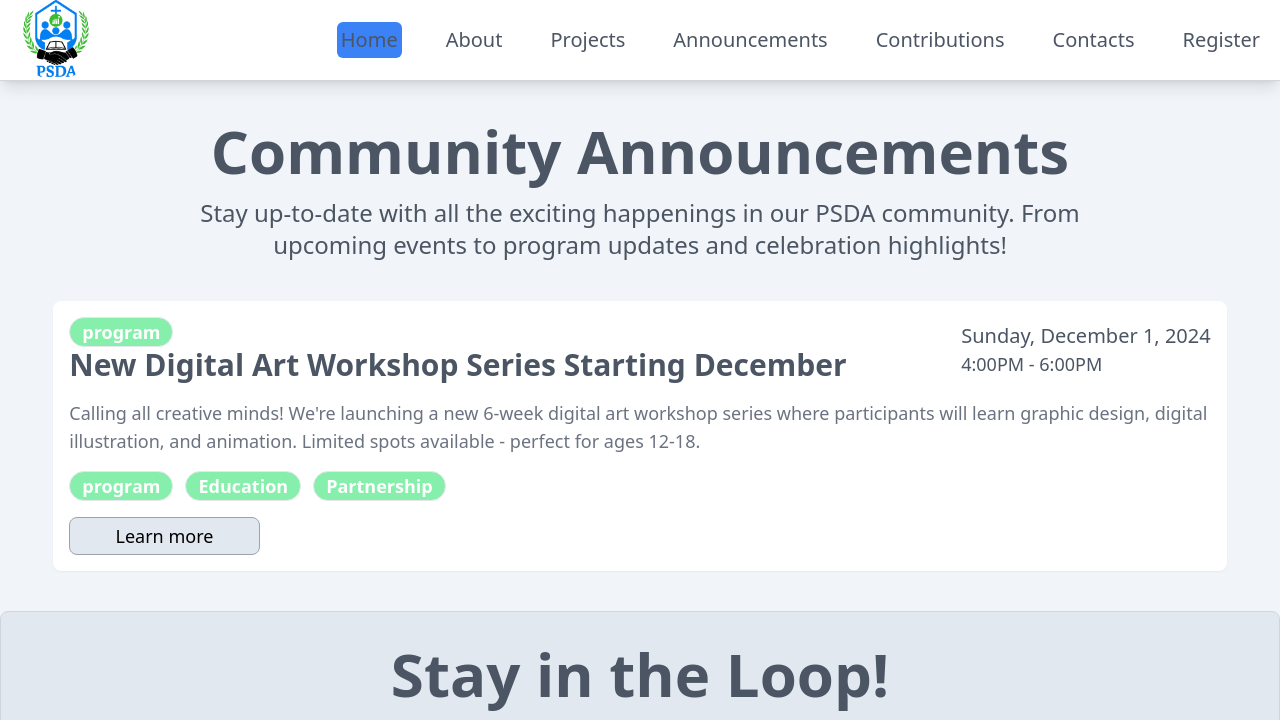
Repository: Zedestar/psda
Page: /announcements
The author's editor kept a copy of each file at every save. The page is drawn from the files as they stood at one save, then again after the next save.
The browser window is 1280 px wide. The pictures show the whole page.
An inner scrolling area shows only its first screen. The project was rebuilt for these pictures with package versions that can differ from the ones it lists, and the page was loaded fresh each time. Also part of the build but not shown: src/components/cards/primary-card.jsx, src/components/cards/two-lines-card.jsx, src/components/homepic/index.jsx, src/pages/home/what-we-do.js, src/pages/home/home.jsx, src/components/cards/leaders-card.jsx, src/components/cards/secondary-card.jsx, src/pages/about/about-us-data.js and 13 more.

Above is the page before, as saved 2025-07-21 19:29:06.

### public/index.html
<!DOCTYPE html>
<html lang="en">
  <head>
    <meta charset="utf-8" />
    <link rel="icon" href="%PUBLIC_URL%/favicon.ico" />
    <meta name="viewport" content="width=device-width, initial-scale=1" />
    <meta name="theme-color" content="#000000" />
    <meta
      name="description"
      content="Web site created using create-react-app"
    />
    <!-- <link rel="apple-touch-icon" href="%PUBLIC_URL%/psdaImage.png" /> -->
    <!-- <link rel="manifest" href="%PUBLIC_URL%/manifest.json" /> -->

    <title>psda</title>
  </head>
  <body>
    <noscript>You need to enable JavaScript to run this app.</noscript>
    <div id="root"></div>

  </body>
</html>

### src/index.js
import React from "react";
import ReactDOM from "react-dom/client";
import App from "./App";
import "./index.css";
import { BrowserRouter } from "react-router-dom";

const root = ReactDOM.createRoot(document.getElementById("root"));
root.render(
  <BrowserRouter>
    <React.StrictMode>
      <App />
    </React.StrictMode>
  </BrowserRouter>
);

### src/App.js
import { Route, Routes } from "react-router-dom";
import Header from "./components/header/header";
import Home from "./pages/home/home";
import AboutPage from "./pages/about/about";
import Projects from "./pages/projects/projects";
import Announcements from "./pages/announcements/announcements";
import Contributions from "./pages/contirbutions/contributions";
import Contacts from "./pages/contacts/contacts";
import Register from "./pages/register/register.jsx";

function App() {
  return (
    <div className="flex flex-col items-center flex-center h-screen  bg-slate-100">
      <Header />
      <Routes>
        <Route path="/" element={<Home />} />
        <Route path="/about" element={<AboutPage />} />
        <Route path="/projects" element={<Projects />} />
        <Route path="/announcements" element={<Announcements />} />
        <Route path="/contributions" element={<Contributions />} />
        <Route path="/contact" element={<Contacts />} />
        <Route path="/register" element={<Register />} />
      </Routes>
    </div>
  );
}

export default App;

### src/components/header/header.jsx
import { useState } from "react";
import headerData from "./header-data";
import HeaderItem from "./header-item";
import psdaImage from "../../assets/images/psdaImage.png";

function Header() {
  const [active, setActive] = useState(1);
  return (
    <div className="w-full flex justify-center shadow-lg bg-white">
      <header className="w-full flex items-center justify-between px-4  border-b border-b-gray-300 max-w-screen-2xl">
        <div className="text-3xl rounded-full overflow-hidden">
          <img className="h-20 w-20" src={psdaImage} alt="" />
        </div>{" "}
        <ul className="hidden lg:flex justify-center py-5 space-x-10 flex-center">
          {headerData.map((item) => (
            <HeaderItem
              key={item.id}
              item={item}
              active={active}
              setActive={setActive}
            />
          ))}
        </ul>
        <ul className="lg:hidden">
          <li>miaaa</li>
          <li>miaaa</li>
          <li>miaaa</li>
          <li>miaaa</li>
          <li>miaaa</li>
        </ul>
      </header>
    </div>
  );
}

export default Header;

### src/pages/announcements/announcements.jsx
import Container from "../../components/container";
import MinContainer from "../../components/min-container/min-container.jsx";
import MinContianerInsideContent from "../../components/min-container/min-container-inside-content.jsx";
import announcements_face_card_data from "./announcemntes.-face-card-data.js";
import stay_updated_content_data from "./stay-updated-content-data.js";
import FaceCard from "../../components/cards/face-card";
import FullRoundedButton from "../../components/button/full-rounded-button.jsx";
import AnnouncementCard from "../../components/cards/announcement-card.jsx";

function Announcements() {
  return (
    <Container>
      {announcements_face_card_data.map((item) => (
        <FaceCard item={item} />
      ))}
      <AnnouncementCard />
      <MinContainer>
        {stay_updated_content_data.map((item) => (
          <FaceCard item={item} />
        ))}
        <MinContianerInsideContent>
          <form className="flex">
            <input
              className="rounded-full border-2 border-gray-400 text-xl flex items-center justify-center active:border-blue-400 "
              placeholder="Enter your email"
            />
            <FullRoundedButton text={"Subscribe"} />
          </form>
        </MinContianerInsideContent>
      </MinContainer>
    </Container>
  );
}

export default Announcements;

### src/components/header/header-data.js
const headerData = [
  {
    id: 1,
    content: "Home",
    link: "/",
  },
  {
    id: 2,
    content: "About",
    link: "/about",
  },
  {
    id: 3,
    content: "Projects",
    link: "/projects",
  },
  {
    id: 4,
    content: "Announcements",
    link: "/announcements",
  },
  {
    id: 5,
    content: "Contributions",
    link: "/contributions",
  },
  {
    id: 6,
    content: "Contacts",
    link: "/contact",
  },
  {
    id: 7,
    content: "Register",
    link: "/register",
  },
];

export default headerData;

### src/components/header/header-item.jsx
import { Link } from "react-router-dom";

function HeaderItem({ item, active, setActive }) {
  console.log(active);
  return (
    <li
      className={`p-1 rounded-md text-xl text-gray-600 font-gray-100 hover:bg-gray-200 transition cursor-pointer ${
        item.id === active ? "bg-blue-500" : ""
      }`}
      onClick={() => setActive(item.id)}
    >
      <Link to={item.link}>{item.content}</Link>
    </li>
  );
}

export default HeaderItem;

### src/pages/home/psda-highlights.js
import {
  FaUsers,
  FaPalette,
  FaLaptopCode,
  //   GiProgression,
  FaChild,
} from "react-icons/fa";

const psdaHighlights = [
  {
    id: 1,
    title: "Community Building",
    content:
      "We connect young people to form lasting friendships and supportive peer networks that strengthen communities.",
    icon: <FaUsers className="text-4xl text-blue-400" />,
    color: "bg-blue-50",
    text_color: "text-gray-500",
  },
  {
    id: 2,
    title: "Creative Projects",
    content:
      "Our programs encourage hands-on learning through art, technology, and community improvement initiatives.",
    icon: <FaPalette className="text-4xl text-blue-400" />,
    color: "bg-blue-50",
    text_color: "text-gray-500",
  },
  {
    id: 3,
    title: "Character Development",
    content:
      "We help children build confidence, leadership skills, and positive values that prepare them for life’s challenges.",
    icon: <FaLaptopCode className="text-4xl text-blue-400" />,
    color: "bg-blue-50",
    text_color: "text-gray-500",
  },
  {
    id: 4,
    title: "Achievement Recognition",
    content:
      "We celebrate every milestone and accomplishment to inspire pride, motivation, and continued growth.",
    icon: <FaChild className="text-4xl text-blue-400" />,
    color: "bg-blue-50",
    text_color: "text-gray-500",
  },
];

export default psdaHighlights;

### src/components/button/full-rounded-button.jsx
function FullRoundedButton({ text, bgColor, textColor, onClick }) {
  return (
    <button
      className={`${bgColor} p-4 mx-4 ${textColor} text-2xl border border-gray-50 rounded-full hover:scale-105 transition duration:300`}
      onClick={onClick}
    >
      {text}{" "}
    </button>
  );
}

export default FullRoundedButton;

### src/components/cards/face-card.jsx
function FaceCard({ item }) {
  return (
    <div className="space-y-4 flex flex-col items-center justify-center">
      <p className="text-6xl w-[80%] font-bold text-gray-600 text-center">
        {item.title}
      </p>
      <p className="text-2xl w-[70%] text-center text-gray-600">
        {item.description}
      </p>
    </div>
  );
}

export default FaceCard;

### src/components/container/index.jsx
function Container({ children }) {
  return (
    <div className="w-full h-full flex justify-center overflow-x-scroll">
      <div className="w-full h-full py-10 space-y-10 max-w-screen-2xl flex flex-col items-center">
        {children}
      </div>
    </div>
  );
}

export default Container;

### src/pages/about/core-objective-goals-data.js
import {
  AiOutlineTeam,
  AiOutlineBulb,
  AiOutlineTool,
  AiOutlineStar,
  AiOutlineGift,
} from "react-icons/ai";

const core_objectives_data = [
  {
    id: 1,
    title: "Fellowship and Networking",
    content:
      "To foster strong, lasting relationships among pastors' children by encouraging unity, love, and mutual support within the community.",
    icon: <AiOutlineTeam className="text-4xl text-teal-500" />,
    color: "bg-teal-50",
    text_color: "text-teal-500",
  },
  {
    id: 2,
    title: "Opportunity Awareness",
    content:
      "To actively seek out and share opportunities for growth, development, and advancement—both spiritually and economically.",
    icon: <AiOutlineBulb className="text-4xl text-purple-500" />,
    color: "bg-purple-50",
    text_color: "text-purple-500",
  },
  {
    id: 3,
    title: "Problem Solving",
    content:
      "To openly discuss and confront common challenges we face as a community, and work hand in hand to find sustainable solutions.",
    icon: <AiOutlineTool className="text-4xl text-yellow-500" />,
    color: "bg-yellow-50",
    text_color: "text-yellow-500",
  },
  {
    id: 4,
    title: "Talent Discovery & Development",
    content:
      "To identify, nurture, and empower the God-given talents within us, enabling every member to reach their full potential.",
    icon: <AiOutlineStar className="text-4xl text-pink-500" />,
    color: "bg-pink-50",
    text_color: "text-pink-500",
  },
  {
    id: 5,
    title: "Support for Our Parents",
    content:
      "To express gratitude and honor our pastoral parents by supporting them in practical ways—spiritually, emotionally, and materially.",
    icon: <AiOutlineGift className="text-4xl text-red-500" />,
    color: "bg-red-50",
    text_color: "text-red-500",
  },
];

export default core_objectives_data;

### src/pages/about/mission-vission-impact.js
import { AiOutlineAim, AiOutlineEye, AiOutlineHeart } from "react-icons/ai";

const mission_vission_impact_data = [
  {
    id: 1,
    title: "Our mission",
    content:
      "We envision a generation of spiritually grounded, socially responsible, and purpose-driven leaders from pastoral families who carry forward a legacy of faith, compassion, and community influence.",

    icon: <AiOutlineAim className="text-4xl text-green-500" />,
    color: "bg-green-50",
    text_color: "text-green-500",
  },
  {
    id: 2,
    title: "Our vision",
    content:
      "We exist to empower pastors’ children through mentorship, discipleship, skill-building, and fellowship—equipping them to thrive in every area of life and fulfill their divine calling.",
    icon: <AiOutlineEye className="text-4xl text-blue-500" />,
    color: "bg-blue-50",
    text_color: "text-blue-500",
  },
  {
    id: 3,
    title: "Our impact",
    content:
      "Through impactful programs and community-building initiatives, P.S.D.A. is restoring identity, building leadership, and inspiring pastors’ children to walk boldly in purpose while honoring their heritage.",
    icon: <AiOutlineHeart className="text-4xl text-orange-400" />,
    color: "bg-orange-50",
    text_color: "text-orange-500",
  },
];

export default mission_vission_impact_data;

### src/components/min-container/min-container.jsx
function MinContaier({ children }) {
  return (
    <div className="bg-slate-200 py-8 rounded-lg space-y-4 hover:shadow-xl border border-gray-300 transition">
      {children}
    </div>
  );
}

export default MinContaier;

### src/components/min-container/min-container-inside-content.jsx
function MinContianerInsideContent({ children }) {
  return (
    <div className="flex items-center justify-center my-2">{children}</div>
  );
}

export default MinContianerInsideContent;

### src/pages/announcements/announcemntes.-face-card-data.js
const announcements_face_card_data = [
  {
    title: "Community Announcements",
    description:
      "Stay up-to-date with all the exciting happenings in our PSDA community. From upcoming events to program updates and celebration highlights!",
  },
];

export default announcements_face_card_data;

### src/pages/announcements/stay-updated-content-data.js
const stay_updated_content_data = [
  {
    title: "Stay in the Loop!",
    description:
      "Never miss an important announcement. Subscribe to our newsletter for weekly updates and exclusive community insights delivered right to your inbox.",
  },
];

export default stay_updated_content_data;

### src/components/cards/announcement-card.jsx
function AnnouncementCard() {
  const instensity = [100, 200, 50, 500, 300, 400, 600, 700, 800, 900];
  const colors = ["rose", "green", "blue", "orange", "violent"];
  return (
    <div className="flex flex-col bg-white mx-4 p-4 rounded-lg shadow-sm hover:shadow-lg hover:scale-105 transition w-11/12 space-y-4">
      <div className="flex items-center justify-between space-x-2  ">
        <div>
          <p className="bg-green-300 text-lg font-semibold border border-gray-200 px-3 w-fit flex items-center justify-center rounded-full text-white">
            program
          </p>
          <p className="text-3xl font-bold text-gray-600">
            New Digital Art Workshop Series Starting December
          </p>
        </div>
        <div>
          <p className="text-xl text-gray-600">Sunday, December 1, 2024</p>
          <p className="text-lg text-gray-600">4:00PM - 6:00PM</p>
        </div>
      </div>
      <div>
        <p className="text-lg text-gray-500">
          Calling all creative minds! We're launching a new 6-week digital art
          workshop series where participants will learn graphic design, digital
          illustration, and animation. Limited spots available - perfect for
          ages 12-18.
        </p>
      </div>
      <div className="flex space-x-3">
        <p className="bg-green-300 text-lg font-semibold border border-gray-200 px-3  flex items-center justify-center rounded-full text-white">
          program
        </p>
        <p className="bg-green-300 text-lg font-semibold border border-gray-200 px-3 flex items-center justify-center rounded-full text-white">
          Education
        </p>
        <p className="bg-green-300 text-lg font-semibold border border-gray-200 px-3 flex items-center justify-center rounded-full text-white">
          Partnership
        </p>
      </div>
      <button className="w-2/12 py-1 rounded-lg text-lg bg-slate-200 hover:bg-blue-400 transition border border-gray-400">
        Learn more{" "}
      </button>
    </div>
  );
}

export default AnnouncementCard;

### tailwind.config.js
/** @type {import('tailwindcss').Config} */
module.exports = {
  content: ["./src/**/*.{js,jsx,ts,tsx}"],
  theme: {
    extend: {
      colors: {
        psdaGreen: "#1A8F57",
      },
    },
  },
  plugins: [],
};

Loaded but not shown: src/index.css (common file); src/components/homepic/index.css (no stored copy; drawn as an empty file)

After the next save:
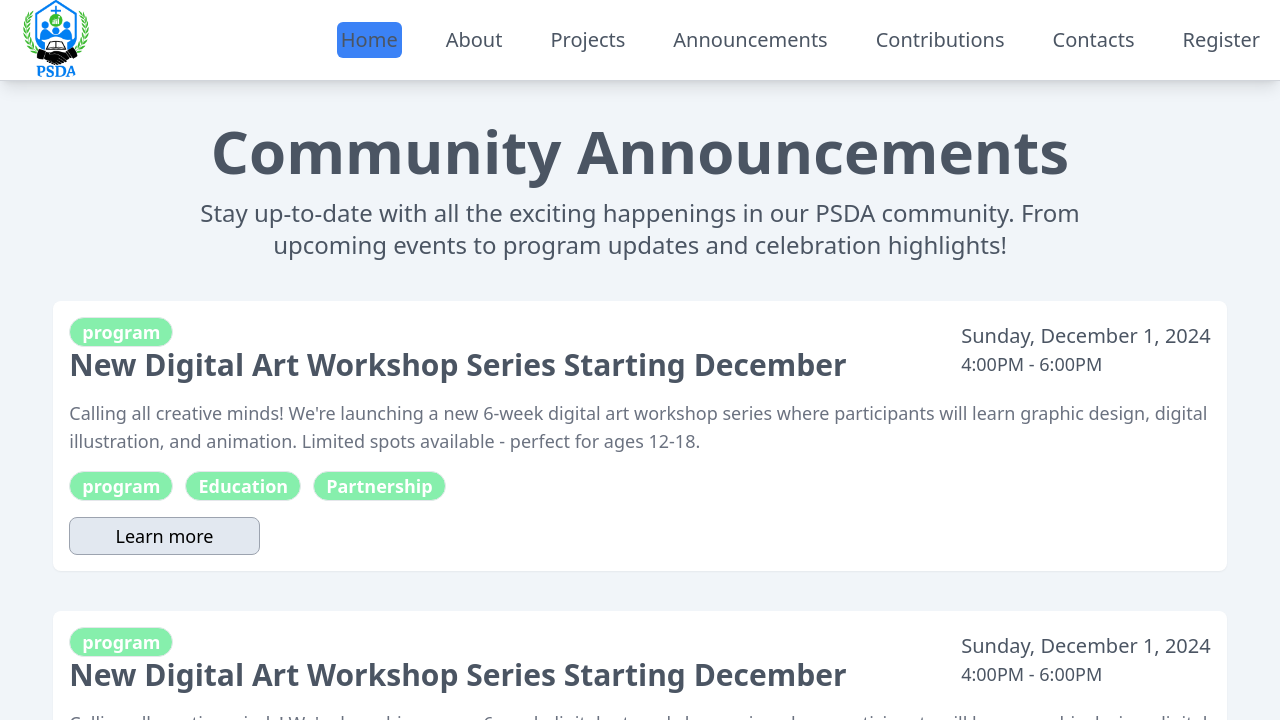
Saved 4 min 11 s later.
--- a/src/pages/announcements/announcements.jsx
+++ b/src/pages/announcements/announcements.jsx
@@ -13,6 +13,9 @@ function Announcements() {
       {announcements_face_card_data.map((item) => (
         <FaceCard item={item} />
       ))}
+      <AnnouncementCard />
+      <AnnouncementCard />
+      <AnnouncementCard />
       <AnnouncementCard />
       <MinContainer>
         {stay_updated_content_data.map((item) => (
